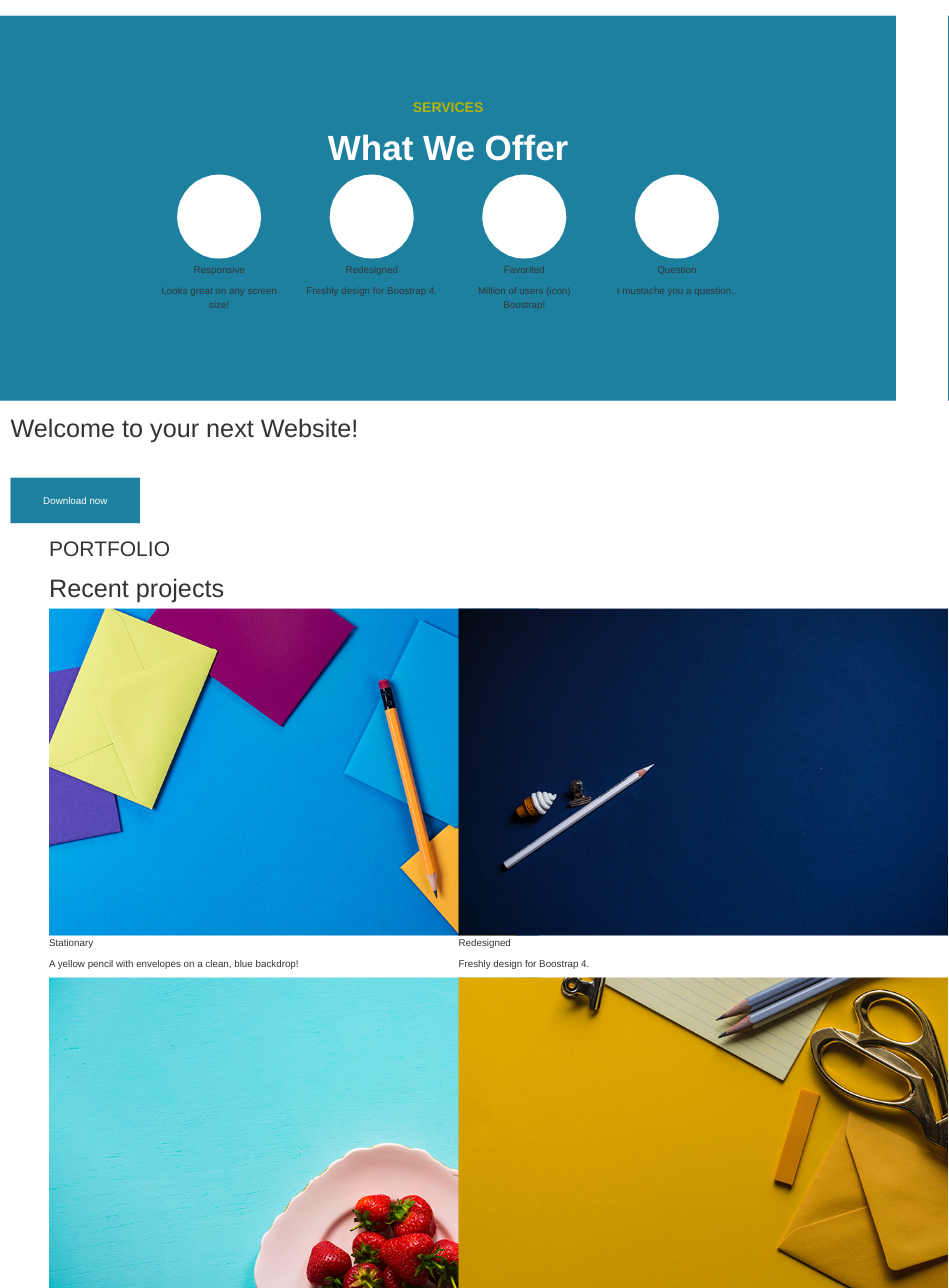
Repository: codin-full-stack/tomasz
Page: http://localhost/tomasz/portfolio/index.php
These files come from the project's save history. The page is drawn as it stood at one moment and after the next save; the edit follows.
The browser window is 1280 px wide. The page is 1355 px wide, so the pictures cover 1355 px, including what lies to the right of the window. The pictures show the part of the page from y = 1138 to 2978 px (the page is 3062 px tall before and 3725 px after), at 70% of full size.
Some web libraries are served in a nearby version. The page is run by PHP 8.4 with error messages shown; the project is at /var/www/html/.

Above is the page before, as saved 2018-10-23 09:06:49.

After the next save:
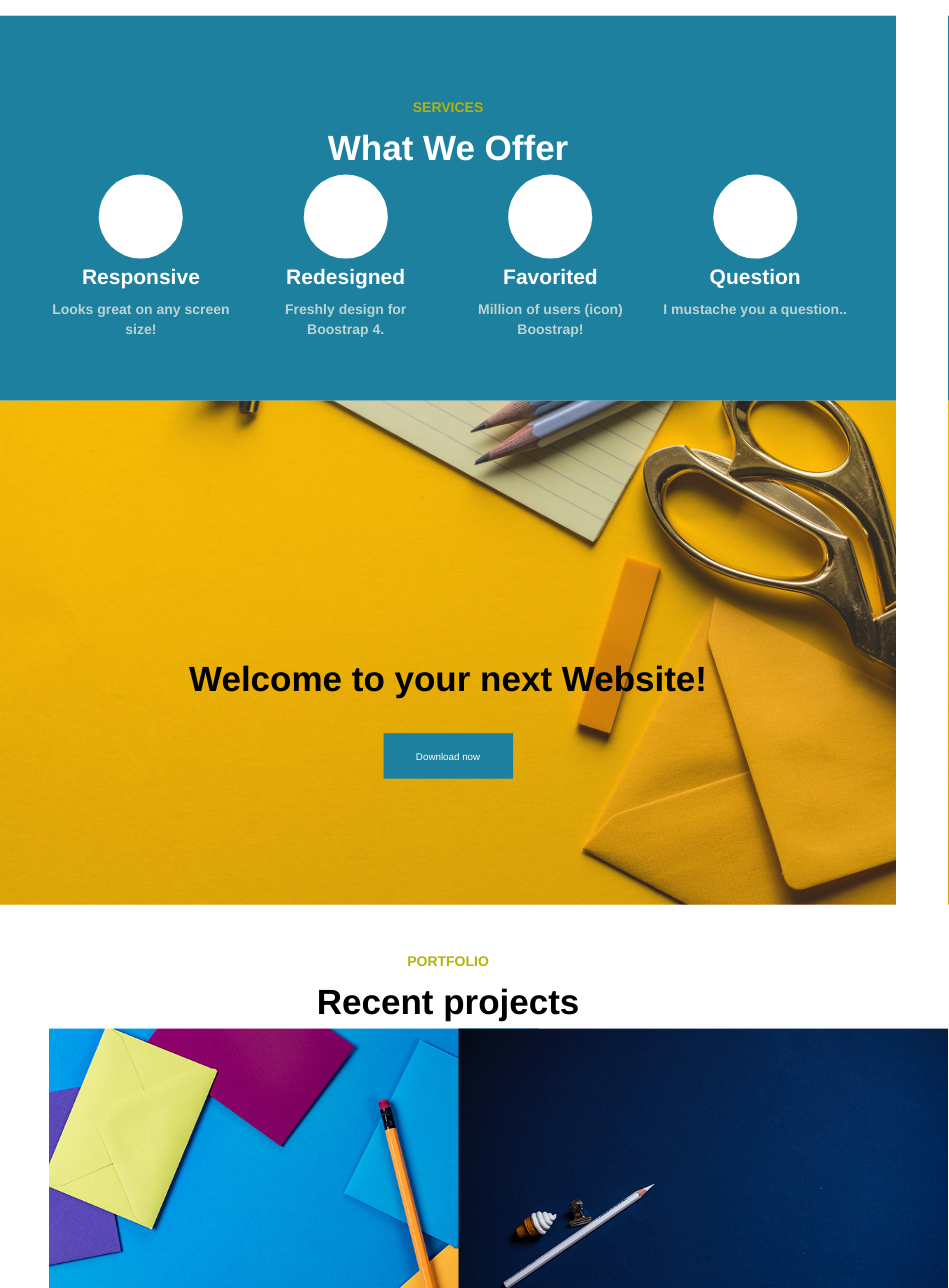
Saved 21 s later.
--- a/portfolio/styles.css
+++ b/portfolio/styles.css
@@ -23,6 +23,18 @@ body {
     height: 550px;
 }
 
+.fourth {
+    height: 100vh;
+    background-image: url("images/bg-callout.jpg");
+    background-position: left;
+    background-repeat: no-repeat;
+    background-size: cover;
+}
+.fifth {
+    /* height: 100vh; */
+
+}
+
 .textbox {
     width: 650px;
     align-self: center;
@@ -39,6 +51,18 @@ body {
 
 .textbox3 {
     padding-top: 100px;
+    align-self: center;
+    text-align: center;
+    margin: 0 auto;
+}
+.textbox4 {
+    padding-top: 350px;
+    align-self: center;
+    text-align: center;
+    margin: 0 auto;
+}
+.textbox5 {
+    padding-top: 50px;
     align-self: center;
     text-align: center;
     margin: 0 auto;
@@ -71,6 +95,36 @@ body {
     font-weight: bold;
     color: #ffffff;
 }
+.fourth h1 {
+    font-size: 50px;
+    font-weight: bold;
+    color: #000000;
+}
+
+.maintext4 {
+    font-size: 30px;
+    font-weight: bold;
+    color: #ffffff;
+}
+
+.secondtext4 {
+    font-size: 20px;
+    font-weight: bold;
+    color: #bcd4d1;
+}
+
+.fifth h2 {
+    font-size: 20px;
+    font-weight: bold;
+    color: #b6b307;
+}
+
+.fifth h1 {
+    font-size: 50px;
+    font-weight: bold;
+    color: #000000;
+}
+
 .container-fluid {
 
 }
@@ -105,3 +159,7 @@ body {
     border-radius: 100%;
     display: inline-block;
 }
+
+.photobox {
+
+}
